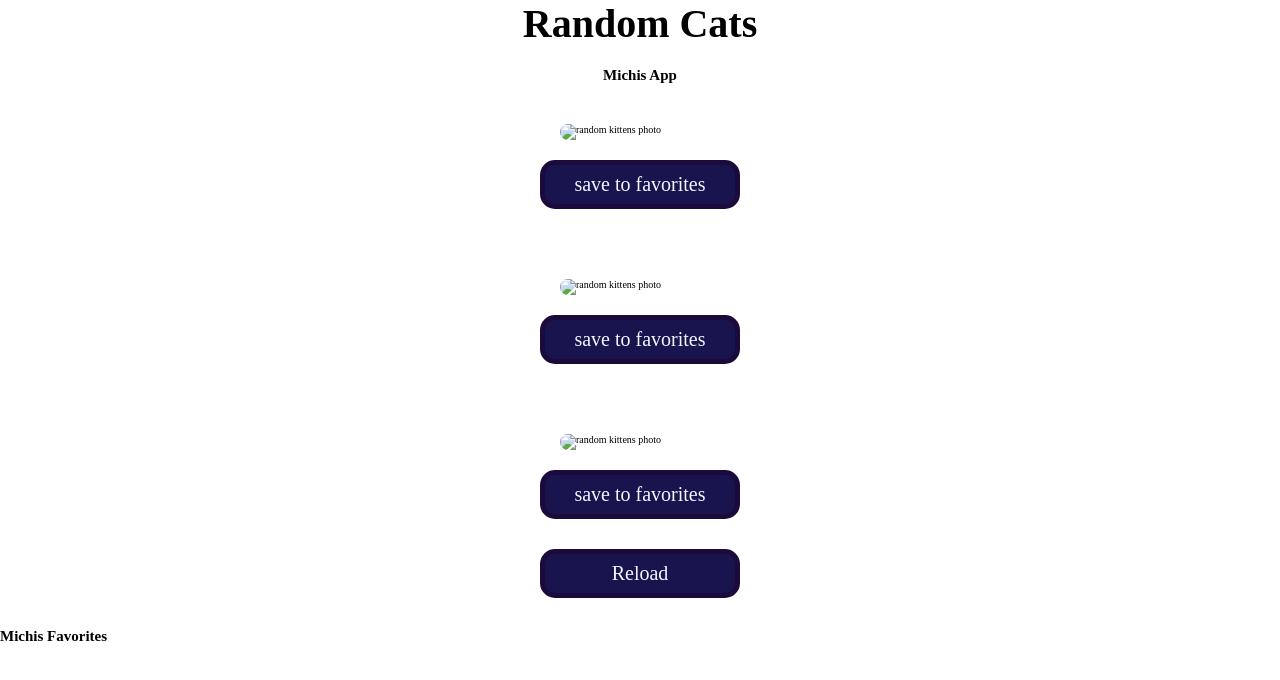
Repository: elto82/ConsumoAPIRESTjs
Page: index.html
These files come from the project's save history. The page is drawn as it stood at one moment and after the next save; the edit follows.
The browser window is 1280 px wide. The pictures show the whole page.
The page's requests for data from a server got no answer.

Above is the page before, as saved 2022-07-03 13:23:05.
Console error: ReferenceError: loadFavoritesMichis is not defined

After the next save:
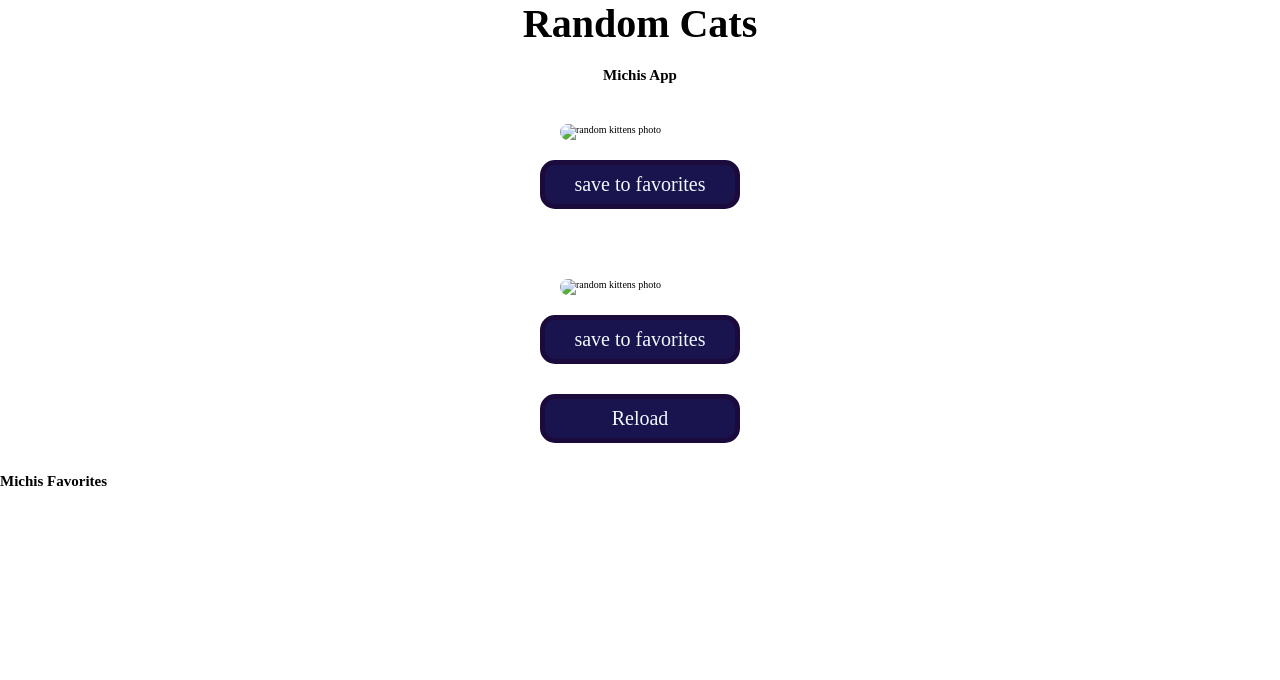
Saved 92 s later.
--- a/index.html
+++ b/index.html
@@ -18,15 +18,17 @@
     <span id="error"></span>
     <article>
       <img id="img1" alt="random kittens photo" class="image">
-      <button id="btn1" class="random-cat-button" onclick="saveFavoriteMichis()">save to favorites</button>
+      <button id="btn1" class="random-cat-button" onclick="saveFavoriteMichis()">
+        save to favorites
+      </button>
     </article>
     <article>
       <img id="img2" alt="random kittens photo" class="image">
-      <button id="btn2" class="random-cat-button" onclick="saveFavoriteMichis()">save to favorites</button>
+      <button id="btn2" class="random-cat-button" onclick="saveFavoriteMichis()">
+        save to favorites
+      </button>
     </article>
-    <article>
-      <img id="img3" alt="random kittens photo" class="image">
-      <button class="random-cat-button" onclick="reload()">save to favorites</button>
+
     </article>
     <button class="random-cat-button" onclick="loadRandomMichis()">Reload</button>
   </section>
